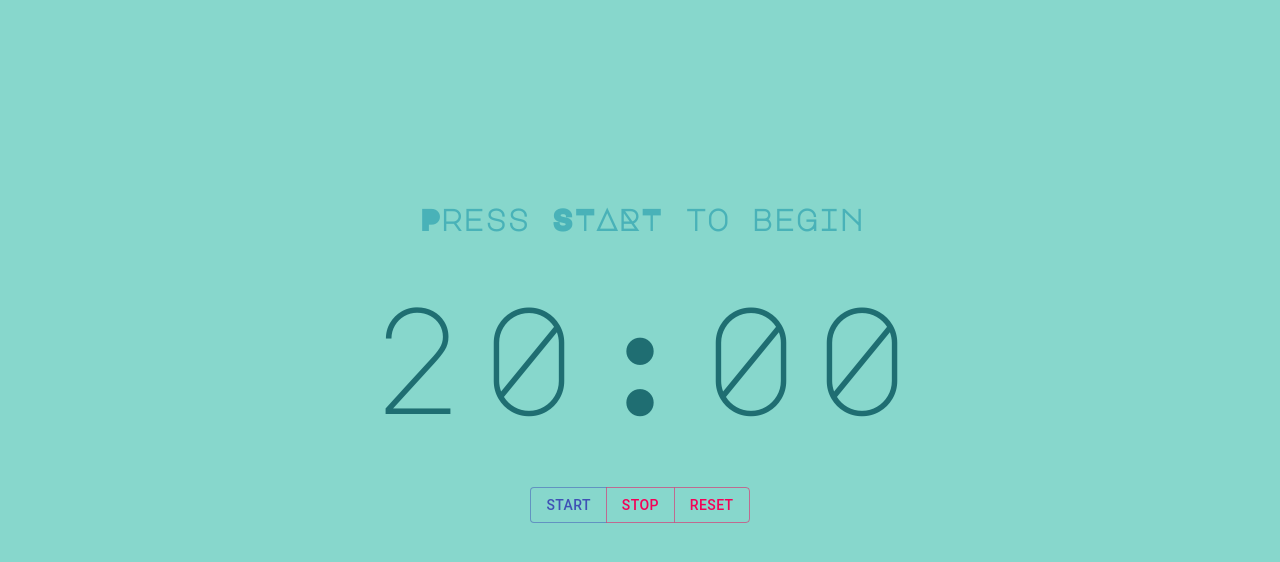
Repository: realistmccoy/pomodoro
Page: /
These files come from the project's save history. The page is drawn as it stood at one moment and after a run of saves; the edit follows.
The browser window is 1280 px wide. The pictures show the whole page.
The project was rebuilt for these pictures with package versions that can differ from the ones it lists, and the page was loaded fresh each time.

Above is the page before, as saved 2020-12-10 00:48:30.

### src/App.js
import React, { useState, useRef } from 'react';
import './App.css';
import { Button, ButtonGroup } from '@material-ui/core';

function padTime(time) {
	return time.toString().padStart(2, '0');
}

export default function App() {
	const [title, setTitle] = useState('Press START to begin');
	const [timeLeft, setTimeLeft] = useState(20 * 60);
	const intervalRef = useRef(null);

	function startTimer() {
		setTitle(`FOCUS`);
		intervalRef.current = setInterval(() => {
			setTimeLeft((timeLeft) => {
				if (timeLeft >= 1) return timeLeft - 1;

				return 0;
			});
		}, 1000);
	}

	function stopTimer() {
		clearInterval(intervalRef.current);
		console.log(intervalRef.current);
	}

	const minutes = padTime(Math.floor(timeLeft / 60));
	const seconds = padTime(timeLeft - minutes * 60);

	return (
		<div className='app'>
			<h2>{title}</h2>

			<div className='timer'>
				<span>{minutes}</span>
				<span>:</span>
				<span>{seconds}</span>
			</div>

			<div>
				<ButtonGroup
					color='secondary'
					aria-label='outlined secondary button group'
				>
					<Button color='primary' onClick={startTimer}>
						Start
					</Button>
					<Button onClick={stopTimer}>Stop</Button>
					<Button>Reset</Button>
				</ButtonGroup>
			</div>
		</div>
	);
}

### src/App.css
@import url('https://fonts.googleapis.com/css2?family=Major+Mono+Display&display=swap');

* {
  box-sizing: border-box;
}

body {
  padding: 0;
  margin: 0;
  font-family: 'Major Mono Display', monospace;
  line-height: 1.5;
}

.app {
  min-height: 100vh;
  padding-left: 20px;
  padding-right: 20px;
  display: flex;
  flex-direction: column;
  align-items: center;
  justify-content: center;
  background: #87d7cc;
  color: #2c888d;
}

h2 {
  color: #49b2b8;
  font-size: 30px;
  text-align: center;
  margin: 0;
}

.timer {
  color: #1f6e72;
  font-size: 150px;
  margin-bottom: 20px;
}

.buttons button {
  outline: none;
  border: none;
  font-size: 24px;
  background: #f7fca0;
  color: #878b32;
  border-radius: 5px;
  box-shadow: 0 0 5px rgba(0, 0, 0, 0.1);
  padding: 15px 30px;
  cursor: pointer;
  transition: 0.3s ease all;
}

.buttons button:hover {
  border-radius: 10px;
  background: #f5f8ca;
  box-shadow: 0 0 10px rgba(0, 0, 0, 0.15);
  transform: translateY(-2px);
}

.buttons button:not(:last-child) {
  margin-right: 10px;
}

@media (max-width: 780px) {
  h2 {
    font-size: 22px;
  }

  .timer {
    font-size: 80px;
  }

  .buttons button {
    font-size: 18px;
  }
}

Loaded but not shown: public/index.html (common file); src/index.js (common file)

After the next 3 saves:
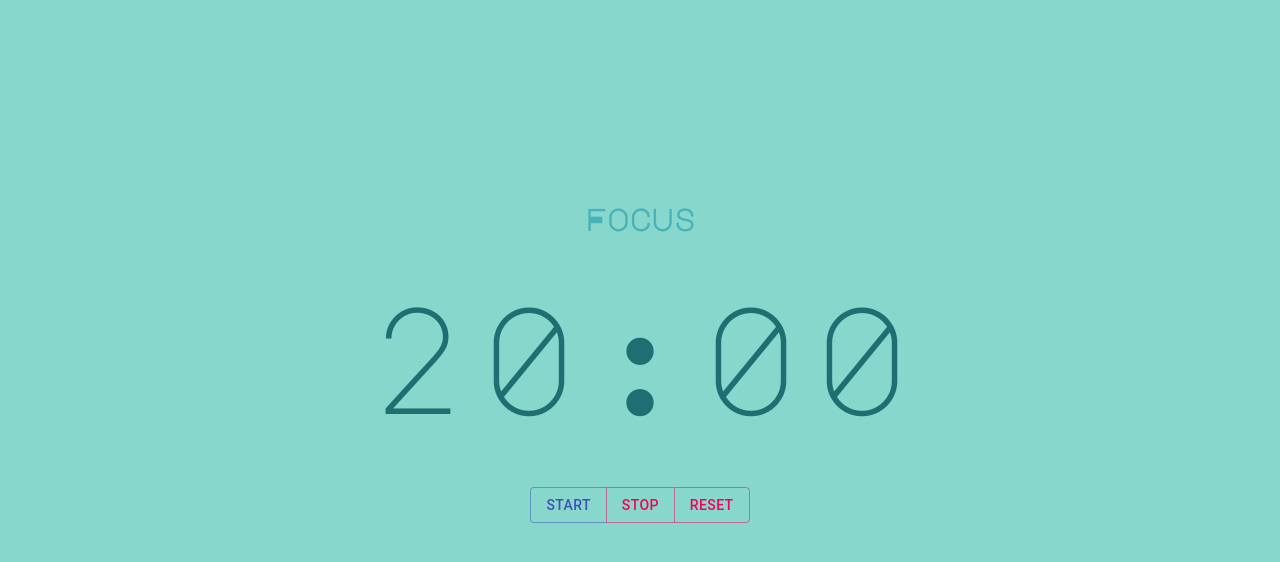
The 3 saves are shown as one change because 2 did not build or start.
The last was saved 86 s later.
--- a/src/App.js
+++ b/src/App.js
@@ -7,12 +7,12 @@ function padTime(time) {
 }
 
 export default function App() {
-	const [title, setTitle] = useState('Press START to begin');
+	const [title, setTitle] = useState('Focus');
 	const [timeLeft, setTimeLeft] = useState(20 * 60);
 	const intervalRef = useRef(null);
 
 	function startTimer() {
-		setTitle(`FOCUS`);
+		setTitle(`You're doing great!`)
 		intervalRef.current = setInterval(() => {
 			setTimeLeft((timeLeft) => {
 				if (timeLeft >= 1) return timeLeft - 1;
